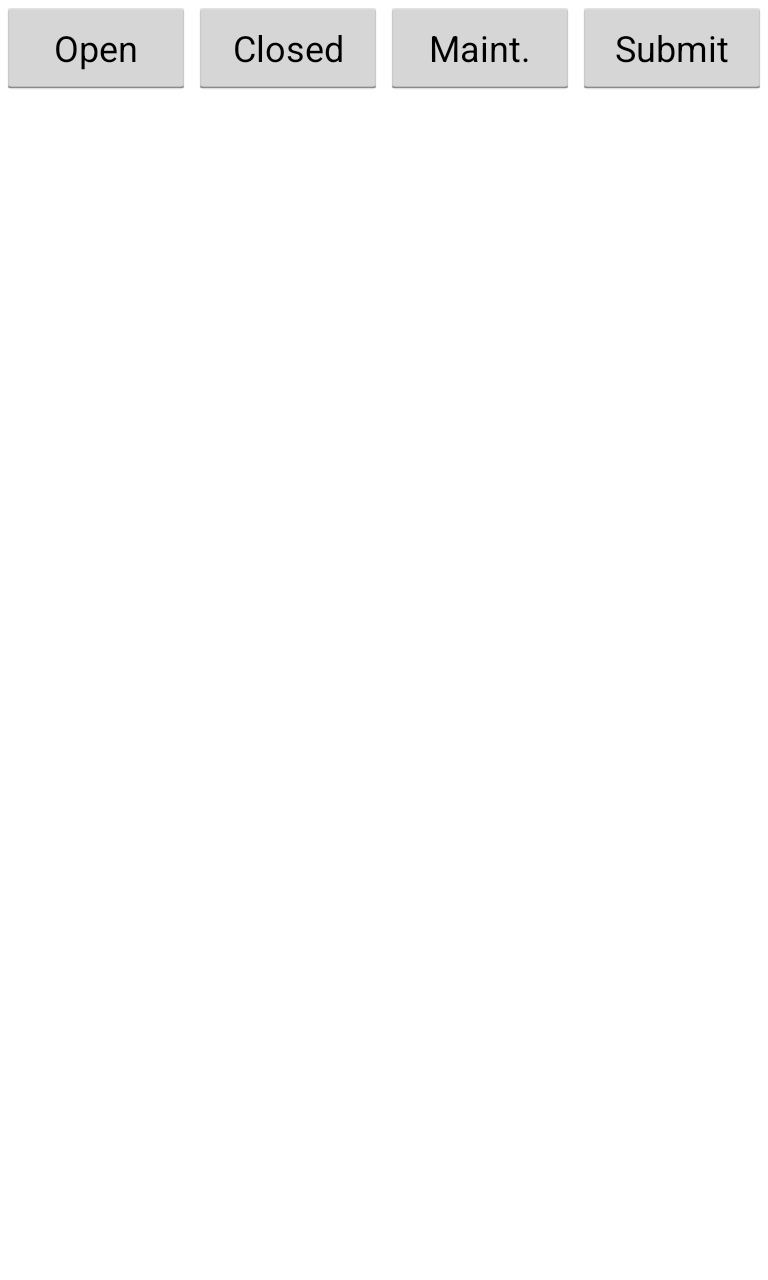
Repository: Pradeep-appstute/First
Layout: Control/res/layout/fragment_tickets.xml
An editor plug-in stored every save of this project. The layout is shown before and after the next save, followed by the edit.
It is drawn on a 768 x 1280 px phone screen (xhdpi) without system bars, with theme AppTheme; the app's code is not run. Lists and similar views that code fills are empty.

Above is the layout before, as saved 2014-02-11 13:36:13.

After the next save:
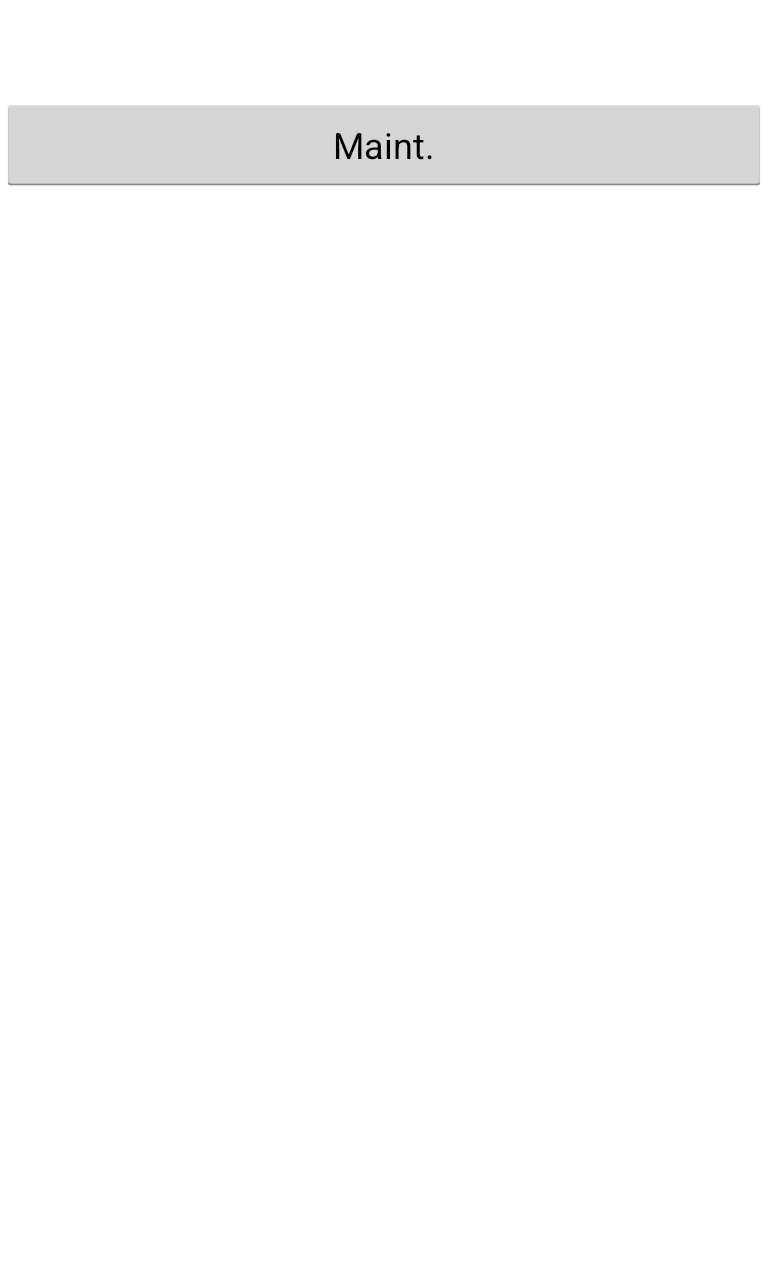
Saved 20 s later.
--- a/Control/res/layout/fragment_tickets.xml
+++ b/Control/res/layout/fragment_tickets.xml
@@ -41,7 +41,7 @@
             android:layout_width="fill_parent"
             android:layout_height="wrap_content"
             android:text="Maint."
-            android:layout_weight="1"
+            android:layout_weight="0"
              >
         </Button>
 

After the 2 saves that followed:
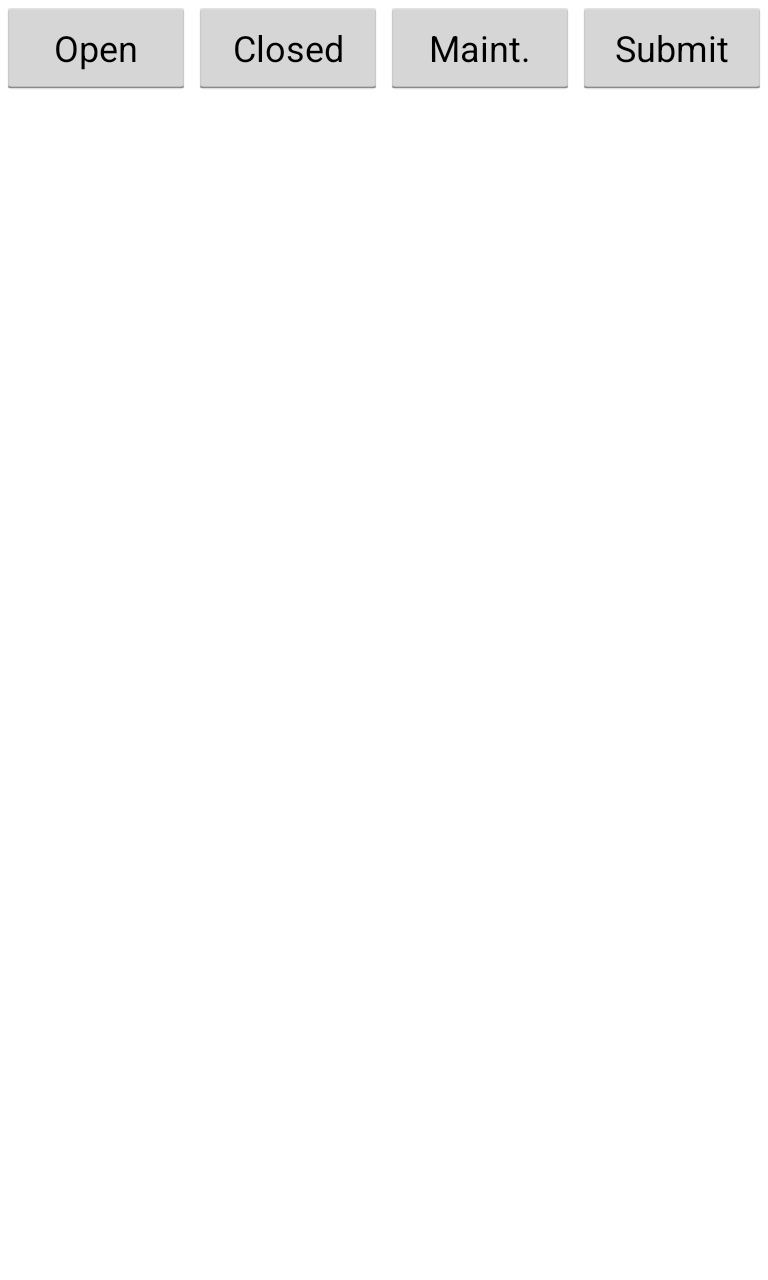
The 2 saves are shown as one change because 1 left the picture as it was.
The last was saved 17 s later.
--- a/Control/res/layout/fragment_tickets.xml
+++ b/Control/res/layout/fragment_tickets.xml
@@ -41,7 +41,7 @@
             android:layout_width="fill_parent"
             android:layout_height="wrap_content"
             android:text="Maint."
-            android:layout_weight="0"
+            android:layout_weight="1"
              >
         </Button>
 
